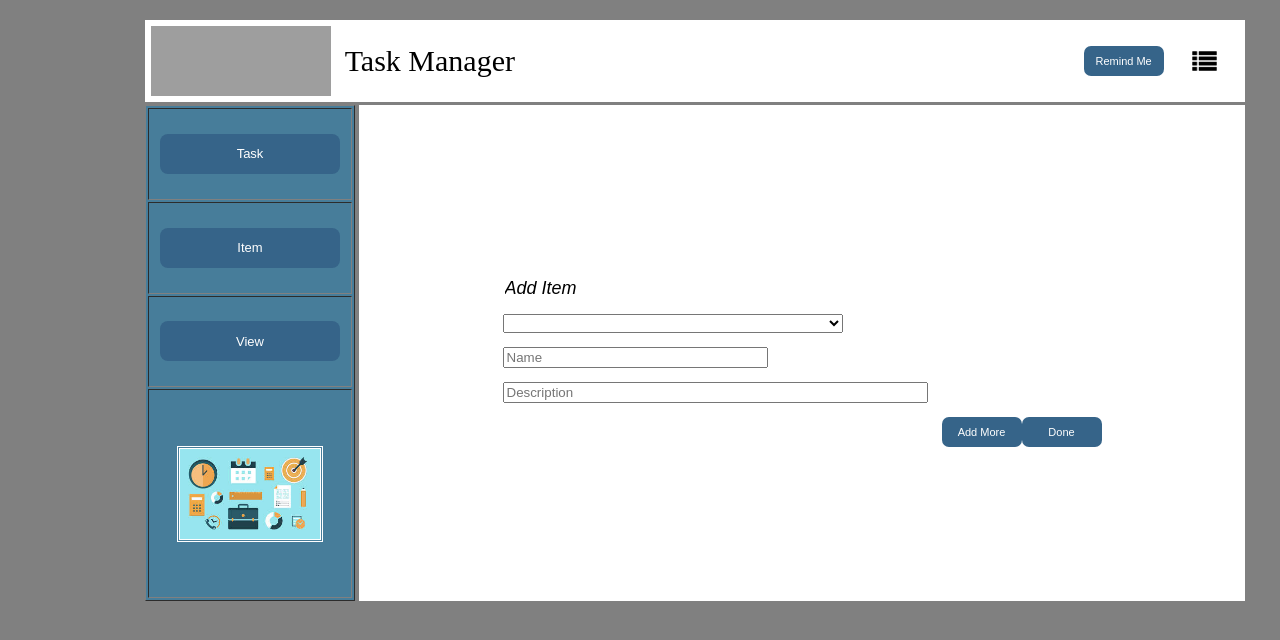
Repository: SnehaSalvi/TaskManagerProject
Page: http://localhost/TaskManagerChecklist/AddItem.jsp
The author's editor kept a copy of each file at every save. The page is drawn from the files as they stood at one save, then again after the next save.
The browser window is 1280 px wide. The pictures show the whole page.
Pictures or frames that could not be fetched are drawn as grey boxes. The page is served by Tomcat 9. Other server files are loaded and not shown.

Above is the page before, as saved 2016-10-14 10:43:08.

### TaskManagerChecklist/WebContent/AddItem.jsp
<%@ page language="java" contentType="text/html; charset=ISO-8859-1"
    pageEncoding="ISO-8859-1"%>
<!DOCTYPE html PUBLIC "-//W3C//DTD HTML 4.01 Transitional//EN" "http://www.w3.org/TR/html4/loose.dtd">
<html>
<head>
<meta http-equiv="Content-Type" content="text/html; charset=ISO-8859-1">
<title>Insert title here</title>
<link href="home.css" type="text/css" rel="stylesheet"/>
</head>
<body>
<form>
	<table id="table1">
		<tr>
			<td id="td1">
				<img id="banner" src="images/banner.jpg"/>
			</td>
			<td id="td_blank">
			</td>
			<td id="td2">
				Task Manager
			</td>
			<td id="td3" align="center">
				<input type="button" name="remind" id="button1" value="Remind Me"/>
			</td>
			<td id="td4" align="center">
				<img id="list" src="images/list.png"/>
			</td>
		</tr>
	</table>
	<table></table>
	<table>
		<tr>
			<td>
				<table id="table2" border="1">
					<tr>
						<td id="#td5" align="center">
							<input type="button" name="task" id="button2" value="Task" onclick="location.href='AddTask.jsp';"/>
						</td>
					</tr>
					<tr>
						<td align="center">
							<input type="button" name="item" id="button2" value="Item"/>
						</td>
					</tr>
					<tr>
						<td align="center">
							<input type="button" name="view" id="button2" value="View"/>
						</td>
					</tr>
					<tr>
						<td rowspan="7" align="center">
							<img id="img1" src="images/menu.jpg"/>
						</td>
					</tr>
				</table>
			</td>
			<td>
				<table id="table3">
					<tr>
						<td id="#td6">&nbsp;&nbsp;&nbsp;&nbsp;
							<table align="center" cellspacing="6" cellpadding="4">
								<tr>
									<td colspan="2">
										<input type="label" id="font1" name="label" value="Add Item" required="required"/>
									</td>
									<td>&nbsp;</td>
								</tr>
								<tr>
									<td colspan="2">
										<select id="select1" name="taskname" placeholder="select the task" value="task" required="required">
										</select>
									</td>
									<td>&nbsp;</td>
								</tr>
								<tr>
									<td colspan="2">
										<input type="text" name="itemname" size="30" placeholder="Name" required="required"/>
									</td>
									<td>&nbsp;</td>
								</tr>

								<tr>
									<td colspan="2">
										<input type="text" name="description" placeholder="Description" size="50" required="required"/>
									</td>
									<td>&nbsp;</td>
								</tr>
								<tr>
									<td colspan="2">

									</td>
									<td>
										<input type="submit" id="button1" name="addmore" value="Add More"/><input id="button1" type="submit" name="done" value="Done"/>
									</td>
								</tr>
							</table>
						</td>
					</tr>
				</table>
			</td>
		</tr>
	</table>
</form>
</body>
</html>

### TaskManagerChecklist/WebContent/home.css
body
{
	background-position: center;
	background-color:gray;
	margin-left: 140px;
	margin-top: 20px;
	margin-right: 120px;
	margin-bottom: 20px;
	background-repeat: no-repeat;
}
#table1
{
	margin-left:5px;
	background-color:white;
	background-position: center;
	height: 76px;
	width:1100px;

}
#table2
{
	margin-left:2px;
	background-color:#477d9a;
	background-position: center;
	height: 496px;
	width:210px;


}
#table3
{
	background-color:white;
	background-position: center;
	height: 496px;
	width:886px;

}
#table4
{

	background-position: center;
	height: 497px;
	width:1100px;
}
#table5
{
	width:200px;
}
img
{
	border-style:double;
	border-color: white;
}
tr
{

}
#div1
{
	width: 600px;
	height: 400px;
}
#td1
{
	width:185px;
	height:75px;
	background-color:
}
#td2
{
	width:735px;
	height:75px;
	font-family: serif;
	font-size: 30px;
	font-style: inherit;

}
#td3
{
	width:80px;
	height:75px;
}
#td4
{
	width:30x;
	height:75px;
}
#td_blank
{
	width:100x;
	height:75px;
}

#td6
{
	width:1050x;
	height:495px;


}
#banner
{

	width: 180px;
	height: 70px;
}
#list
{

	width: 25px;
	height: 20px;
}
#select1
{
	width:340px;
}
#img1
{

	width: 140px;
	height: 90px;
}
#button1
{
    height: 30px;
    width: 80px;
    border-radius: 7px;
    border: 1px solid #000;
    font-family: sans-serif;
    background-color:#366489;
    color:white;
    font-size: 11px;
    border: 0;
}
#button2
{
    height: 40px;
    width: 180px;
    border-radius: 8px;
    border: 1px solid #000;
    font-family:sans-serif;
    font-size: 13px;
   background-color:#366489;
   color:white;
    border: 0;
}
#label1
{
	color:red;
	font-size: 10px;
	border: none;
}
#font1
{

	font-style:italic;

	font-size: 18px;
	border: none;


}
#label2
{
	border: none;
	size: 5px;
}
#div3
{
	width: 510px;
	height: 350px;
}

After the next save:
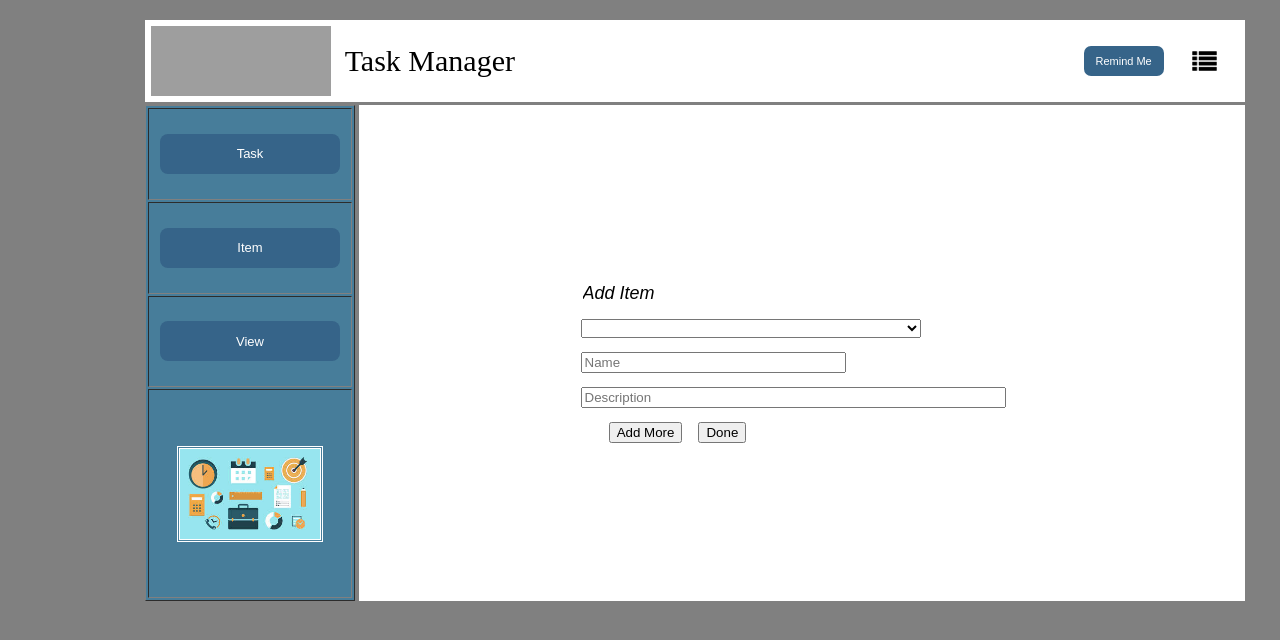
Saved 2 min 1 s later.
--- a/TaskManagerChecklist/WebContent/AddItem.jsp
+++ b/TaskManagerChecklist/WebContent/AddItem.jsp
@@ -86,11 +86,11 @@
 									<td>&nbsp;</td>
 								</tr>
 								<tr>
-									<td colspan="2">
+									<td colspan="">
 
 									</td>
 									<td>
-										<input type="submit" id="button1" name="addmore" value="Add More"/><input id="button1" type="submit" name="done" value="Done"/>
+										<input type="submit" name="addmore" value="Add More"/>&nbsp;&nbsp;&nbsp;&nbsp;<input type="submit" name="done" value="Done"/>
 									</td>
 								</tr>
 							</table>
